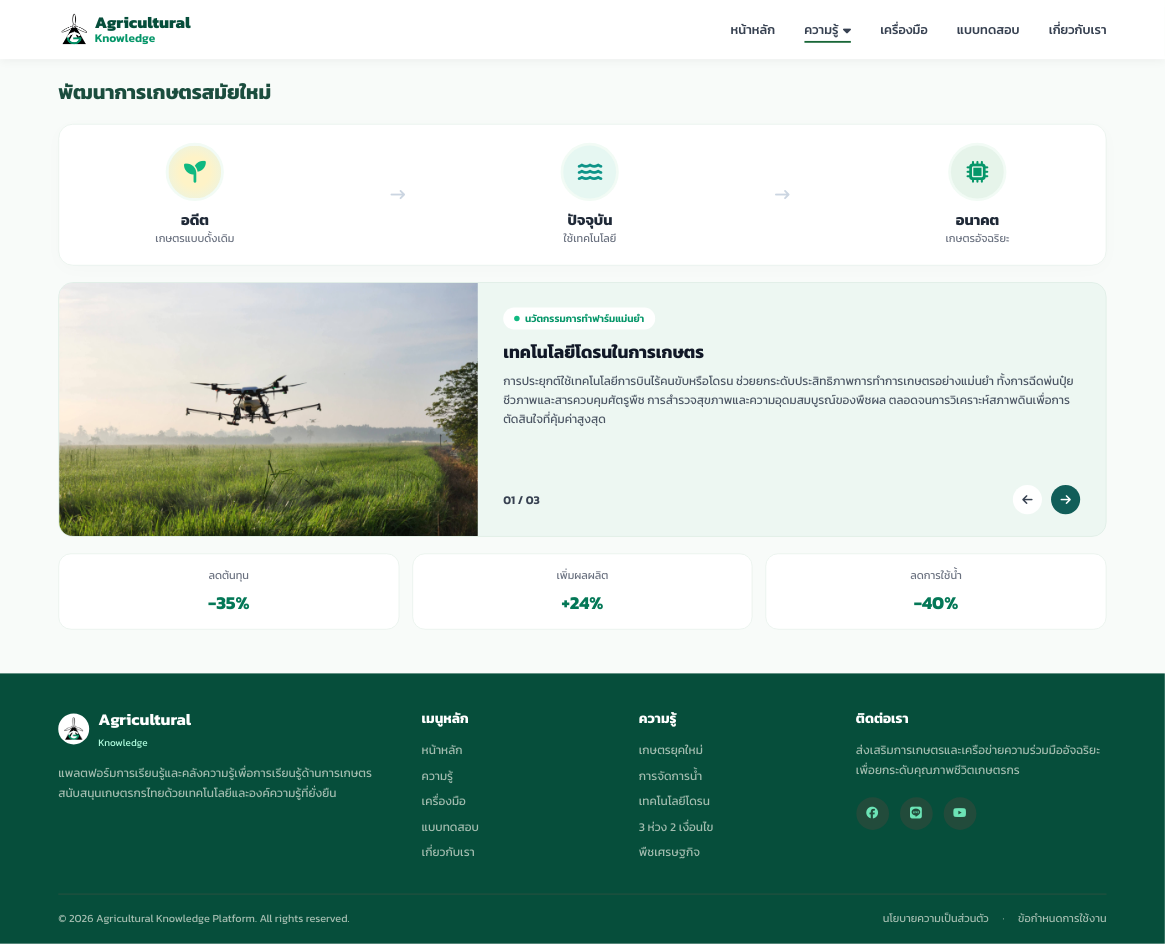
Repository: nuwat-wa/Project-WebdesignAG
Page: ag4.html
These files come from the project's save history. The page is drawn as it stood at one moment and after the next save; the edit follows.
The browser window is 1280 px wide. The pictures show the whole page, at 91% of full size.

Above is the page before, as saved 2026-10-03 21:55:32.

### ag4.html
<!doctype html>
<html lang="th">
  <head>
    <meta charset="UTF-8" />
    <meta name="viewport" content="width=device-width, initial-scale=1.0" />
    <title>Agricultural Knowledge</title>

    <link
      rel="stylesheet"
      href="https://cdnjs.cloudflare.com/ajax/libs/font-awesome/6.7.2/css/all.min.css"
    />

    <link rel="stylesheet" href="style/ag4.css" />
  </head>

  <body>

    <header class="header">
      <div class="logo">
        <div class="logo-icon">
          <img src="/img/icon.png" alt="icon">
        </div>
        <div class="brand-text">
          <h1 class="title">Agricultural</h1>
          <span class="subtitle">Knowledge</span>
        </div>
      </div>

      <input type="checkbox" id="menu-toggle" class="menu-toggle" />

      <label for="menu-toggle" class="hamburger">
        <span></span>
        <span></span>
        <span></span>
      </label>

      <nav class="nav-links">
        <a href="index.html">หน้าหลัก</a>

        <div class="dropdown-hover">
          <a href="#" class="dropdown-btn active"
            >ความรู้ <i class="fa-solid fa-caret-down"></i
          ></a>

          <div class="menu-level1">
            <!-- มือใหม่ -->
            <div class="menu-item-has-children">
              <a href="#">มือใหม่ <i class="fa-solid fa-caret-right"></i></a>
              <div class="menu-level2">
                <a href="ag4.html">เกษตรสมัยใหม่</a>
                <a href="ag5.html">ปลูกข้าว</a>
                <a href="ag6.html">พืชสวน</a>
                <a href="ag7.html">พืชไร่</a>
                <a href="ag8.html">ปลูกผัก</a>
                <a href="ag9.html">การเตรียมดิน</a>
                <a href="#">การเลือกปุ๋ย</a>
                <a href="#">โรคศัตรูพืช</a>
              </div>
            </div>

            <!-- ผู้มีพื้นฐาน -->
            <div class="menu-item-has-children">
              <a href="#"
                >ผู้มีพื้นฐาน <i class="fa-solid fa-caret-right"></i
              ></a>
              <div class="menu-level2">
                <a href="#">เทคโนโลยีการเกษตร</a>
                <a href="#">การวางแผนการผลิต</a>
                <a href="#">AI / Big Data</a>
                <a href="ag10.html">ระบบน้ำอัจฉริยะ</a>
                <a href="#">การจัดการต้นทุน</a>
              </div>
            </div>

            <a href="ag3.html">หลักการพอเพียง</a>
            <a href="#">เรื่องเล่า</a>
            <a href="#">บทความ</a>

          </div>
        </div>

        <a href="#">เครื่องมือ</a>
        <a href="#">แบบทดสอบ</a>
        <a href="ag2.html">เกี่ยวกับเรา</a>
      </nav>
    </header>


    <!-- main content -->
    <main class="agri-container">

      <h1 class="main-heading">พัฒนาการเกษตรสมัยใหม่</h1>

      <!-- timeline -->
      <div class="timeline-card">

        <div class="timeline-step">
          <div class="step-icon-bg step-past">
            <i class="fa-solid fa-seedling"></i>
          </div>
          <h3 class="step-title">อดีต</h3>
          <p class="step-sub">เกษตรแบบดั้งเดิม</p>
        </div>

        <div class="timeline-arrow">
          <i class="fa-solid fa-arrow-right-long"></i>
        </div>

        <div class="timeline-step">
          <div class="step-icon-bg step-present">
            <i class="fa-solid fa-water"></i>
          </div>
          <h3 class="step-title">ปัจจุบัน</h3>
          <p class="step-sub">ใช้เทคโนโลยี</p>
        </div>

        <div class="timeline-arrow">
          <i class="fa-solid fa-arrow-right-long"></i>
        </div>

        <div class="timeline-step">
          <div class="step-icon-bg step-future">
            <i class="fa-solid fa-microchip"></i>
          </div>
          <h3 class="step-title">อนาคต</h3>
          <p class="step-sub">เกษตรอัจฉริยะ</p>
        </div>

      </div>


      <div class="feature-card">

        <div class="feature-image">
          <img
            src="img/do.png"
            alt="เกษตรโดรน"
          />
        </div>

        <div class="feature-content">

          <div>
            <div class="tag">
              <span class="dot"></span>
              นวัตกรรมการทำฟาร์มแม่นยำ
            </div>

            <h2 class="feature-title">
              เทคโนโลยีโดรนในการเกษตร
            </h2>

            <p class="feature-desc">
              การประยุกต์ใช้เทคโนโลยีการบินไร้คนขับหรือโดรน
              ช่วยยกระดับประสิทธิภาพการทำการเกษตรอย่างแม่นยำ
              ทั้งการฉีดพ่นปุ๋ยชีวภาพและสารควบคุมศัตรูพืช
              การสำรวจสุขภาพและความอุดมสมบูรณ์ของพืชผล
              ตลอดจนการวิเคราะห์สภาพดินเพื่อการตัดสินใจที่คุ้มค่าสูงสุด
            </p>
          </div>

          <div class="feature-footer">
            <span class="pagination-num">01 / 03</span>

            <div class="nav-buttons">
              <button class="nav-btn prev">
                <i class="fa-solid fa-arrow-left"></i>
              </button>

              <button class="nav-btn next">
                <i class="fa-solid fa-arrow-right"></i>
              </button>
            </div>
          </div>

        </div>
      </div>


      <!-- stats -->
      <div class="stats-grid">

        <div class="stat-card">
          <p class="stat-label">ลดต้นทุน</p>
          <p class="stat-value text-green">-35%</p>
        </div>

        <div class="stat-card">
          <p class="stat-label">เพิ่มผลผลิต</p>
          <p class="stat-value text-green">+24%</p>
        </div>

        <div class="stat-card">
          <p class="stat-label">ลดการใช้น้ำ</p>
          <p class="stat-value text-green">-40%</p>
        </div>

      </div>

    </main>


    <!-- footer -->
    <footer class="site-footer">

      <div class="footer-top">

        <div class="footer-about">
          <div class="footer-logo">
            <span class="footer-logo-icon"><img src="img/icon.png" alt="icon"></span>

            <div>
              <strong>Agricultural</strong>
              <small>Knowledge</small>
            </div>
          </div>

          <p>
            แพลตฟอร์มการเรียนรู้และคลังความรู้เพื่อการเรียนรู้ด้านการเกษตร
            สนับสนุนเกษตรกรไทยด้วยเทคโนโลยีและองค์ความรู้ที่ยั่งยืน
          </p>
        </div>


        <div class="footer-column">
          <h3>เมนูหลัก</h3>

          <ul>
            <li><a href="ag1.html">หน้าหลัก</a></li>
            <li><a href="#">ความรู้</a></li>
            <li><a href="#">เครื่องมือ</a></li>
            <li><a href="#">แบบทดสอบ</a></li>
            <li><a href="ag2.html">เกี่ยวกับเรา</a></li>
          </ul>
        </div>


        <div class="footer-column">
          <h3>ความรู้</h3>

          <ul>
            <li><a href="#">เกษตรยุคใหม่</a></li>
            <li><a href="#">การจัดการน้ำ</a></li>
            <li><a href="#">เทคโนโลยีโดรน</a></li>
            <li><a href="#">3 ห่วง 2 เงื่อนไข</a></li>
            <li><a href="#">พืชเศรษฐกิจ</a></li>
          </ul>
        </div>


        <div class="footer-contact">
          <h3>ติดต่อเรา</h3>

          <p>
            ส่งเสริมการเกษตรและเครือข่ายความร่วมมืออัจฉริยะ
            เพื่อยกระดับคุณภาพชีวิตเกษตรกร
          </p>

          <div class="footer-social">
            <a href="#" aria-label="Facebook"><i class="fa-brands fa-facebook"></i></a>
            <a href="#" class="social-line" aria-label="LINE"><i class="fa-brands fa-line"></i></a>
            <a href="#" aria-label="YouTube"><i class="fa-brands fa-youtube"></i></a>
          </div>
        </div>

      </div>


      <div class="footer-bottom">

        <p>© 2026 Agricultural Knowledge Platform. All rights reserved.</p>

        <div class="footer-policy">
          <a href="#">นโยบายความเป็นส่วนตัว</a>
          <span>·</span>
          <a href="#">ข้อกำหนดการใช้งาน</a>
        </div>

      </div>

    </footer>

  </body>
</html>

### style/ag4.css
@import url("https://fonts.googleapis.com/css2?family=Kanit:wght@300;400;500;600;700;800&display=swap");

* {
  margin: 0;
  padding: 0;
  box-sizing: border-box;
  font-family: "Kanit", sans-serif;
}

:root {
  --gutter: 5%;
}

html {
  scroll-behavior: smooth;
  scrollbar-width: none;
}

html::-webkit-scrollbar {
  display: none;
}

body {
  background: #f8fbf9;
  color: #111827;
  overflow-x: hidden;
}


/* header */
.header {
  position: fixed;
  top: 0;
  left: 0;
  z-index: 1000;
  width: 100%;
  height: 65px;
  padding: 0 5%;
  background: #fff;
  display: flex;
  align-items: center;
  justify-content: space-between;
  box-shadow: 0 2px 10px rgba(0, 0, 0, 0.05);
}

.logo {
  display: flex;
  align-items: center;
  gap: 5px;
}

.logo-icon img {
  width: 35px;
  height: 35px;
  display: flex;
  align-items: center;
  justify-content: center;
}

.brand-text {
  display: flex;
  flex-direction: column;
}

.title {
  color: #064e3b;
  font-size: 18px;
  font-weight: 800;
  line-height: 0.95;
}

.subtitle {
  margin-top: 2px;
  color: #059669;
  font-size: 13px;
  font-weight: 600;
  line-height: 1.1;
}

/* nav */
.nav-links {
    display: grid;
    grid-template-columns: repeat(5, auto);
    align-items: center;
    justify-content: end;
    gap: 32px;
}

.nav-links > a,
.dropdown-btn {
    position: relative;
    display: inline-flex;
    align-items: center;
    justify-content: center;
    gap: 5px;
    margin: 0;
    padding: 4px 0;
    border: 0;
    background: none;
    color: #374151;
    text-decoration: none;
    font-family: "Kanit", sans-serif;
    font-size: 14px;
    font-weight: 500;
    white-space: nowrap;
    cursor: pointer;
    transition: color 0.2s;
}

.nav-links > a::after,
.dropdown-btn::after {
    content: "";
    position: absolute;
    left: 0;
    bottom: 0;
    width: 100%;
    height: 2px;
    background: #196738;
    transform: scaleX(0);
    transform-origin: center;
    transition: transform 0.2s ease;
}

.nav-links > a:hover,
.nav-links > a.active,
.dropdown-btn:hover {
    color: #2d6a4f;
}

.nav-links > a:hover::after,
.nav-links > a.active::after,
.dropdown-btn:hover::after {
    transform: scaleX(1);
}

.dropdown-hover .dropdown-btn.active::after {
    transform: scaleX(1);
}

/* dropdown */
.dropdown-hover {
  position: relative;
}

.menu-level1,
.menu-level2 {
  position: absolute;
  display: none;
  min-width: 180px;
  padding: 0;
  background: #fff;
  border-radius: 8px;
  box-shadow: 0 4px 12px rgba(0, 0, 0, 0.15);
}

.menu-level1 {
  top: 100%;
  left: 0;
  border-left: 4px solid #2d6a4f;
}

.menu-level2 {
  top: 0;
  left: 100%;
  border-left: 4px solid #28a745;
}

.dropdown-hover:hover > .menu-level1,
.menu-item-has-children:hover > .menu-level2 {
  display: block;
}

.menu-item-has-children {
  position: relative;
}

.menu-level1 a,
.menu-level2 a {
  width: 100%;
  margin: 0 !important;
  padding: 10px 20px !important;
  display: flex !important;
  align-items: center;
  justify-content: space-between;
  color: #333;
  text-decoration: none;
  border-radius: 8px;
}

.menu-level1 a:hover,
.menu-level2 a:hover {
  background: #f0f4f8;
  color: #2d6a4f;
}

/* mobile menu */
.menu-toggle {
  display: none;
}

.hamburger {
  display: none;
}

/* main */
.agri-container {
  width: 100%;
  max-width: none;
  margin: 0;
  padding: 85px 5% 48px;
}

.main-heading {
  margin-bottom: 18px;
  color: #1b4d3e;
  font-size: 22px;
  font-weight: 700;
}

/* timeline */
.timeline-card {
  display: flex;
  align-items: center;
  justify-content: space-around;
  margin-bottom: 18px;
  padding: 20px;
  background: #fff;
  border: 1px solid #ebf3ee;
  border-radius: 16px;
  box-shadow: 0 4px 20px rgba(0, 0, 0, 0.02);
}

.timeline-step {
  display: flex;
  flex-direction: column;
  align-items: center;
  text-align: center;
}

.step-icon-bg {
  width: 64px;
  height: 64px;
  margin-bottom: 8px;
  border-radius: 50%;
  display: flex;
  align-items: center;
  justify-content: center;
  font-size: 24px;
  border: 3px solid #f2fbf5;
}

.step-past {
  background: radial-gradient(circle, #fef3c7 40%, #e6f4ea 100%);
  color: #10b981;
}

.step-present {
  background: #e6f7f2;
  color: #0d9488;
}

.step-future {
  background: #e6f4ea;
  color: #059669;
}

.step-title {
  color: #1f2937;
  font-size: 16px;
  font-weight: 700;
}

.step-sub {
  color: #6b7280;
  font-size: 12px;
}

.timeline-arrow {
  color: #cbd5e1;
  font-size: 16px;
}

/* feature */
.feature-card {
  display: flex;
  margin-bottom: 18px;
  min-height: 280px;
  overflow: hidden;
  background: #edf7f2;
  border: 1px solid #e1efe7;
  border-radius: 16px;
}

.feature-image {
  position: relative;
  flex: 0 0 40%;
  min-width: 0;
}

.feature-image img {
  position: absolute;
  inset: 0;
  width: 100%;
  height: 100%;
  display: block;
  object-fit: cover;
}

.feature-content {
  flex: 1;
  padding: 24px 28px;
  display: flex;
  flex-direction: column;
  justify-content: space-between;
}

.tag {
  width: fit-content;
  margin-bottom: 10px;
  padding: 4px 12px;
  display: inline-flex;
  align-items: center;
  background: #fff;
  color: #059669;
  border-radius: 20px;
  font-size: 11px;
  font-weight: 600;
}

.tag .dot {
  width: 6px;
  height: 6px;
  margin-right: 6px;
  background: #10b981;
  border-radius: 50%;
}

.feature-title {
  margin-bottom: 8px;
  color: #111827;
  font-size: 19px;
  font-weight: 700;
}

.feature-desc {
  margin-bottom: 16px;
  color: #4b5563;
  font-size: 13px;
  line-height: 1.6;
}

.feature-footer {
  display: flex;
  align-items: center;
  justify-content: space-between;
}

.pagination-num {
  color: #374151;
  font-size: 13px;
  font-weight: 600;
}

.nav-buttons {
  display: flex;
  gap: 10px;
}

.nav-btn {
  width: 32px;
  height: 32px;
  border: none;
  border-radius: 50%;
  display: flex;
  align-items: center;
  justify-content: center;
  cursor: pointer;
  font-size: 13px;
}

.nav-btn.prev {
  background: #fff;
  color: #374151;
}

.nav-btn.next {
  background: #115e59;
  color: #fff;
}

.nav-btn:hover {
  opacity: 0.85;
}

/* stats */
.stats-grid {
  display: grid;
  grid-template-columns: repeat(3, 1fr);
  gap: 14px;
}

.stat-card {
  padding: 14px;
  background: #fff;
  border: 1px solid #ebf3ee;
  border-radius: 14px;
  text-align: center;
}

.stat-label {
  margin-bottom: 6px;
  color: #6b7280;
  font-size: 12px;
}

.stat-value {
  font-size: 20px;
  font-weight: 700;
}

.text-green {
  color: #047857;
}

/* footer */
.site-footer {
  width: 100%;
  padding: 36px 5% 18px;
  background: #064e3b;
  color: #a4bdb0;
  font-size: 13px;
  line-height: 1.7;
}

.site-footer a {
  color: #a4bdb0;
  text-decoration: none;
}

.site-footer a:hover {
  color: #65dfb0;
}

.footer-top,
.footer-bottom {
  width: 100%;
  max-width: none;
  margin-left: 0;
  margin-right: 0;
}

.footer-top {
  display: flex;
  justify-content: space-between;
  gap: 32px;
}

.footer-about {
  flex: 1.6;
}

.footer-column {
  flex: 0.9;
}

.footer-contact {
  flex: 1.2;
}

.footer-logo {
  display: flex;
  align-items: center;
  gap: 10px;
  margin-bottom: 14px;
}

.footer-logo-icon {
  width: 34px;
  height: 34px;
  display: flex;
  align-items: center;
  justify-content: center;
  background: white;
  border-radius: 50%;
  font-size: 20px;
}

.footer-logo-icon img {
  width: 26px;
  height: 26px;
  display: flex;
  align-items: center;
  justify-content: center;
}

.footer-logo strong {
  display: block;
  color: white;
  font-size: 18px;
}

.footer-logo small {
  display: block;
  color: #b3ffe1;
  font-size: 11px;
}

.site-footer h3 {
  margin-bottom: 12px;
  color: #fff;
  font-size: 15px;
}

.site-footer ul {
  padding: 0;
  list-style: none;
}

.site-footer li {
  margin-bottom: 6px;
}

.footer-social {
  display: flex;
  gap: 12px;
  margin-top: 18px;
}

.footer-social a {
  width: 36px;
  height: 36px;
  border-radius: 50%;
  background: #224b3b;
  color: #6ce4b6;
  display: flex;
  align-items: center;
  justify-content: center;
}

.footer-bottom {
  display: flex;
  align-items: center;
  justify-content: space-between;
  gap: 20px;
  margin-top: 28px;
  padding-top: 16px;
  border-top: 1px solid #2b5140;
  font-size: 12px;
}

.footer-policy {
  display: flex;
  gap: 15px;
}

/* responsive */
@media (max-width: 768px) {
  /* header */
  .header {
    height: 60px;
    padding: 0 5%;
  }

  /* hamburger */
  .hamburger {
    display: flex;
    width: 30px;
    height: 24px;
    cursor: pointer;
    flex-direction: column;
    justify-content: space-between;
  }

  .hamburger span {
    width: 100%;
    height: 3px;
    border-radius: 3px;
    background: #194028;
  }

  /* navigation */
  .nav-links {
    position: absolute;
    top: 60px;
    left: 0;
    width: 100%;
    padding: 15px 5%;
    display: none;
    flex-direction: column;
    align-items: stretch;
    gap: 0;
    background: #fff;
    box-shadow: 0 5px 10px rgba(0, 0, 0, 0.08);
  }

  .menu-toggle:checked ~ .nav-links {
    display: flex;
  }

  .nav-links > a,
  .dropdown-btn {
    width: 100%;
    margin: 0;
    padding: 12px 5px;
  }

  .dropdown-hover {
    width: 100%;
  }

  /* dropdown */
  .menu-level1,
  .menu-level2 {
    position: static;
    width: 100%;
    min-width: 0;
    padding: 0;
    border-radius: 0;
    box-shadow: none;
  }

  .menu-level1 {
    border-left: 3px solid #2d6a4f;
    background: #f8faf9;
  }

  .menu-level2 {
    border-left: 3px solid #28a745;
    background: #fff;
  }

  .dropdown-hover:hover > .menu-level1,
  .menu-item-has-children:hover > .menu-level2 {
    display: block;
  }

  /* main */
  .agri-container {
    width: 100%;
    padding: 78px 5% 48px;
  }

  .main-heading {
    font-size: 20px;
    margin-bottom: 18px;
  }

  /* timeline */
  .timeline-card {
    flex-direction: column;
    gap: 16px;
    padding: 20px 15px;
  }

  .timeline-arrow {
    transform: rotate(90deg);
  }

  /* feature */
  .feature-card {
    flex-direction: column;
    min-height: 0;
  }

  .feature-image {
    flex: none;
    height: 200px;
  }

  .feature-content {
    padding: 20px 18px;
  }

  .feature-title {
    font-size: 18px;
  }

  /* stats */
  .stats-grid {
    grid-template-columns: 1fr;
  }

  /* footer */
  .footer-top {
    flex-direction: column;
    gap: 24px;
  }

  .footer-about,
  .footer-column,
  .footer-contact {
    flex: 1 1 100%;
  }

  .footer-bottom {
    flex-direction: column;
    align-items: flex-start;
  }

  .footer-policy {
    flex-wrap: wrap;
  }
}

After the next save:
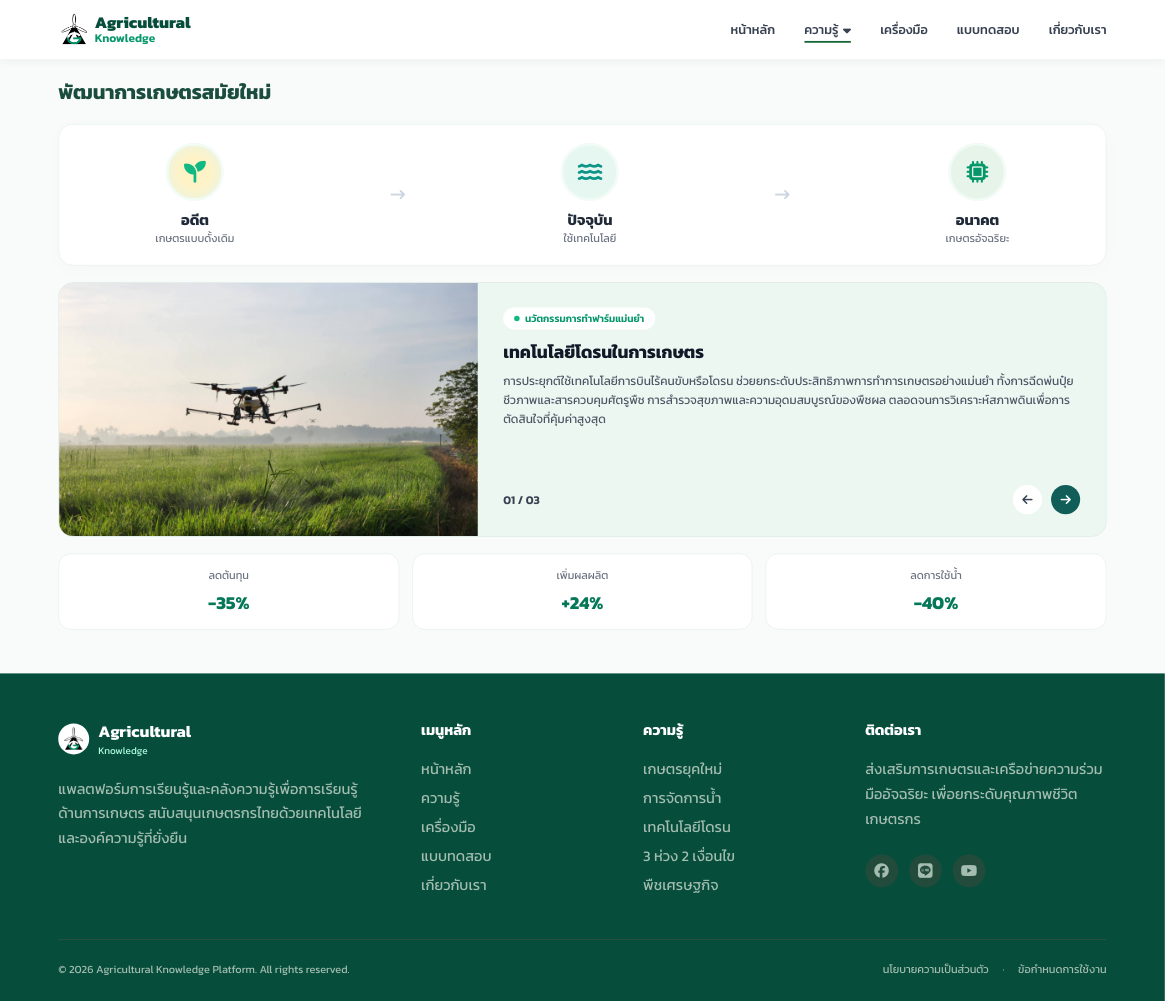
Saved 11 s later.
--- a/style/ag4.css
+++ b/style/ag4.css
@@ -425,53 +425,23 @@ body {
 /* footer */
 .site-footer {
   width: 100%;
-  padding: 36px 5% 18px;
+  padding: 50px 5% 25px;
   background: #064e3b;
   color: #a4bdb0;
-  font-size: 13px;
-  line-height: 1.7;
-}
-
-.site-footer a {
-  color: #a4bdb0;
-  text-decoration: none;
-}
-
-.site-footer a:hover {
-  color: #65dfb0;
-}
-
-.footer-top,
-.footer-bottom {
+}
+
+.footer-top {
   width: 100%;
-  max-width: none;
-  margin-left: 0;
-  margin-right: 0;
-}
-
-.footer-top {
-  display: flex;
-  justify-content: space-between;
-  gap: 32px;
-}
-
-.footer-about {
-  flex: 1.6;
-}
-
-.footer-column {
-  flex: 0.9;
-}
-
-.footer-contact {
-  flex: 1.2;
+  display: grid;
+  grid-template-columns: 1.6fr 0.9fr 0.9fr 1.2fr;
+  gap: 45px;
 }
 
 .footer-logo {
   display: flex;
   align-items: center;
   gap: 10px;
-  margin-bottom: 14px;
+  margin-bottom: 20px;
 }
 
 .footer-logo-icon {
@@ -493,22 +463,30 @@ body {
   justify-content: center;
 }
 
+.footer-logo strong,
+.footer-logo small {
+  display: block;
+}
+
 .footer-logo strong {
-  display: block;
   color: white;
   font-size: 18px;
 }
 
 .footer-logo small {
-  display: block;
   color: #b3ffe1;
   font-size: 11px;
 }
 
 .site-footer h3 {
-  margin-bottom: 12px;
+  margin-bottom: 18px;
   color: #fff;
-  font-size: 15px;
+  font-size: 16px;
+}
+
+.site-footer p {
+  margin: 0;
+  line-height: 1.7;
 }
 
 .site-footer ul {
@@ -517,34 +495,43 @@ body {
 }
 
 .site-footer li {
-  margin-bottom: 6px;
+  margin-bottom: 8px;
+}
+
+.site-footer a {
+  color: #a4bdb0;
+  text-decoration: none;
+}
+
+.site-footer a:hover {
+  color: #65dfb0;
 }
 
 .footer-social {
   display: flex;
   gap: 12px;
-  margin-top: 18px;
+  margin-top: 25px;
 }
 
 .footer-social a {
   width: 36px;
   height: 36px;
+  background: #224b3b;
   border-radius: 50%;
-  background: #224b3b;
-  color: #6ce4b6;
   display: flex;
   align-items: center;
   justify-content: center;
 }
 
 .footer-bottom {
+  width: 100%;
+  margin-top: 40px;
+  padding-top: 22px;
+  border-top: 1px solid #2b5140;
   display: flex;
   align-items: center;
   justify-content: space-between;
   gap: 20px;
-  margin-top: 28px;
-  padding-top: 16px;
-  border-top: 1px solid #2b5140;
   font-size: 12px;
 }
 
